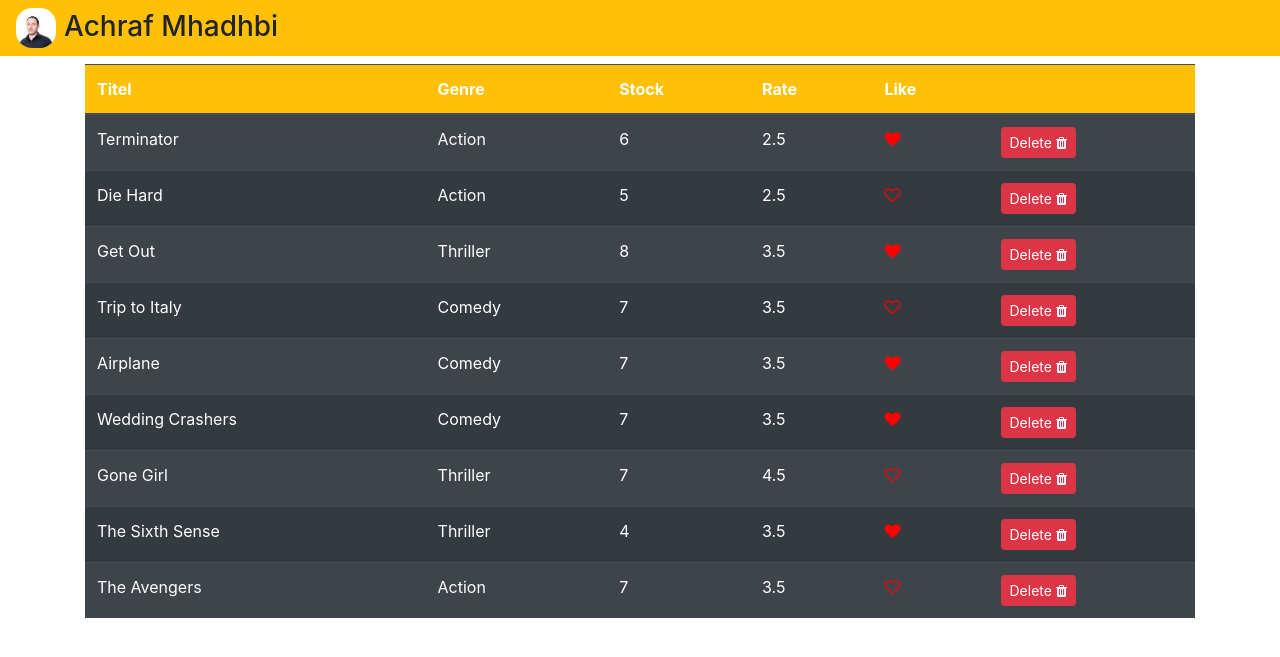
Repository: AMhadhbi/TecMovies-web-app
Page: /
The author's editor kept a copy of each file at every save. The page is drawn from the files as they stood at one save, then again after the next save.
The browser window is 1280 px wide. The pictures show the whole page.
The project was rebuilt for these pictures with package versions that can differ from the ones it lists, and the page was loaded fresh each time.

Above is the page before, as saved 2021-03-08 22:00:58.

After the next save:
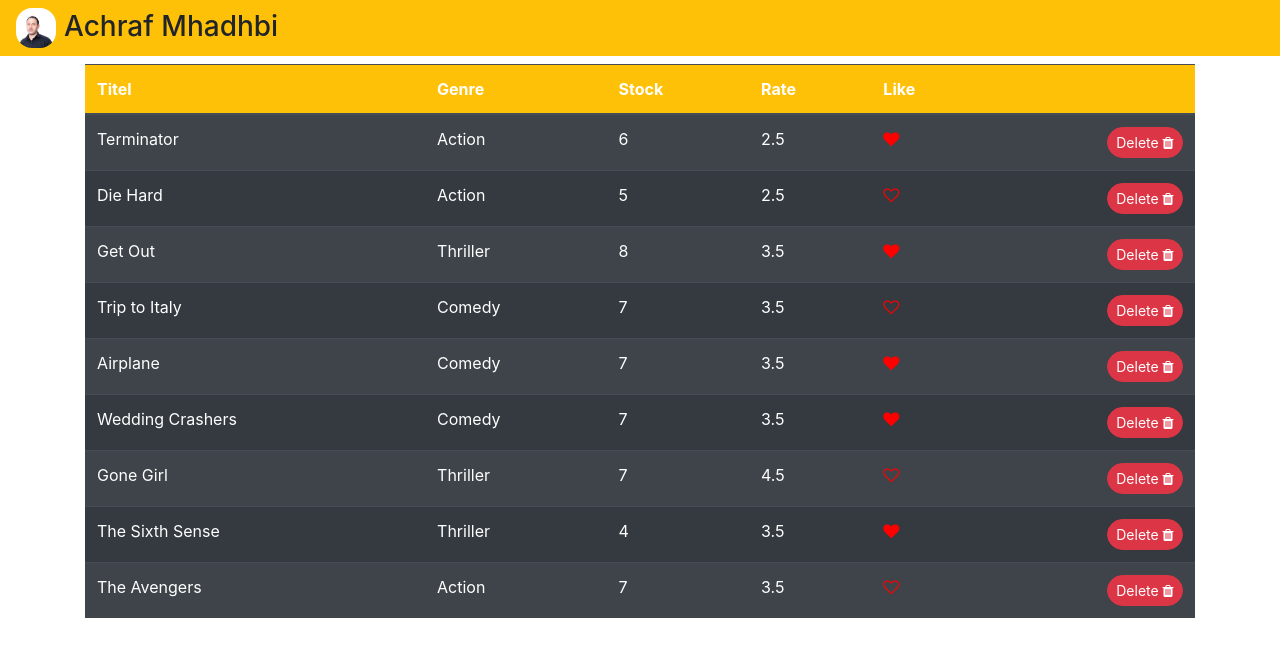
Saved 27 s later.
--- a/src/components/movies.jsx
+++ b/src/components/movies.jsx
@@ -47,7 +47,7 @@ class Movies extends Component {
                       OnLike={this.handleLike}/>
                     </td>
                     <td>
-                    <button className="btn btn-danger btn-sm" onClick={ () => this.handelDelete(movie)} >
+                    <button className="btn btn-danger btn-sm float-right badge-pill" onClick={ () => this.handelDelete(movie)} >
                     Delete <i className="fa fa-trash"/>
                     </button>
                     </td>
